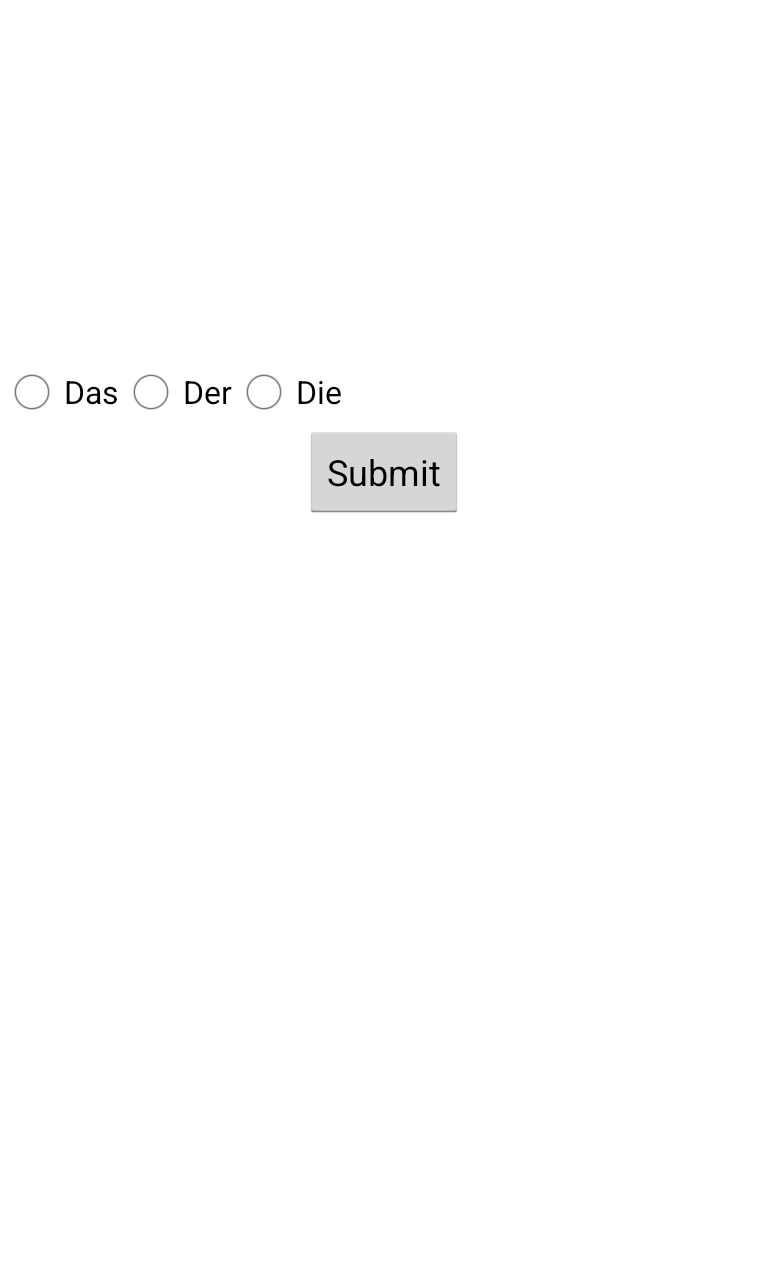
Repository: sam-stewart/in721
Layout: Eclipse/GenderLearning/res/layout/fragment_quizquestion.xml
The author's editor kept a copy of each file at every save. The layout is drawn from the files as they stood at one save, then again after the next save.
It is drawn on a 768 x 1280 px phone screen (xhdpi) without system bars, with theme AppTheme; the app's code is not run.

Above is the layout before, as saved 2015-03-03 23:56:42.

After the next save:
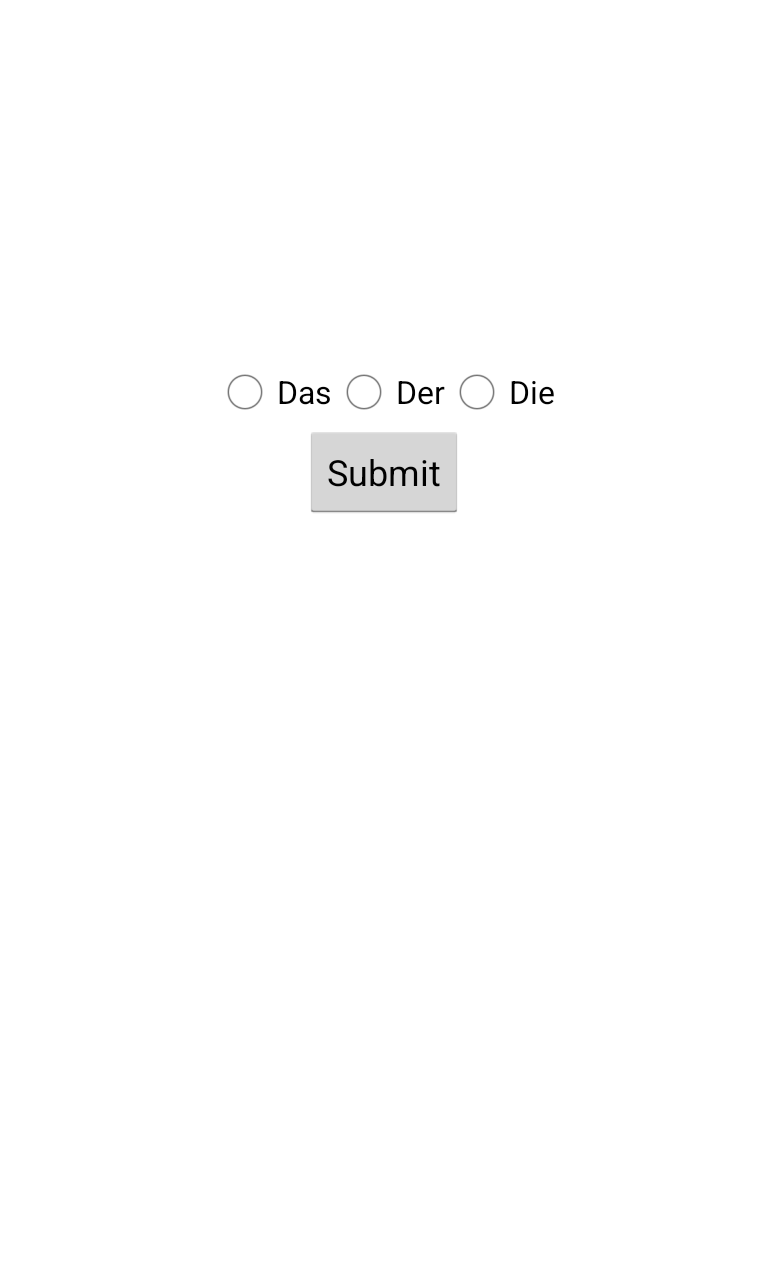
Saved 13 s later.
--- a/Eclipse/GenderLearning/res/layout/fragment_quizquestion.xml
+++ b/Eclipse/GenderLearning/res/layout/fragment_quizquestion.xml
@@ -16,7 +16,7 @@
 
 	<RadioGroup
 	    android:id="@+id/radio_group"
-	    android:layout_width='match_parent'
+	    android:layout_width='wrap_content'
 	    android:layout_height="wrap_content"
         android:layout_gravity="center"
 	    android:text="Answer"
